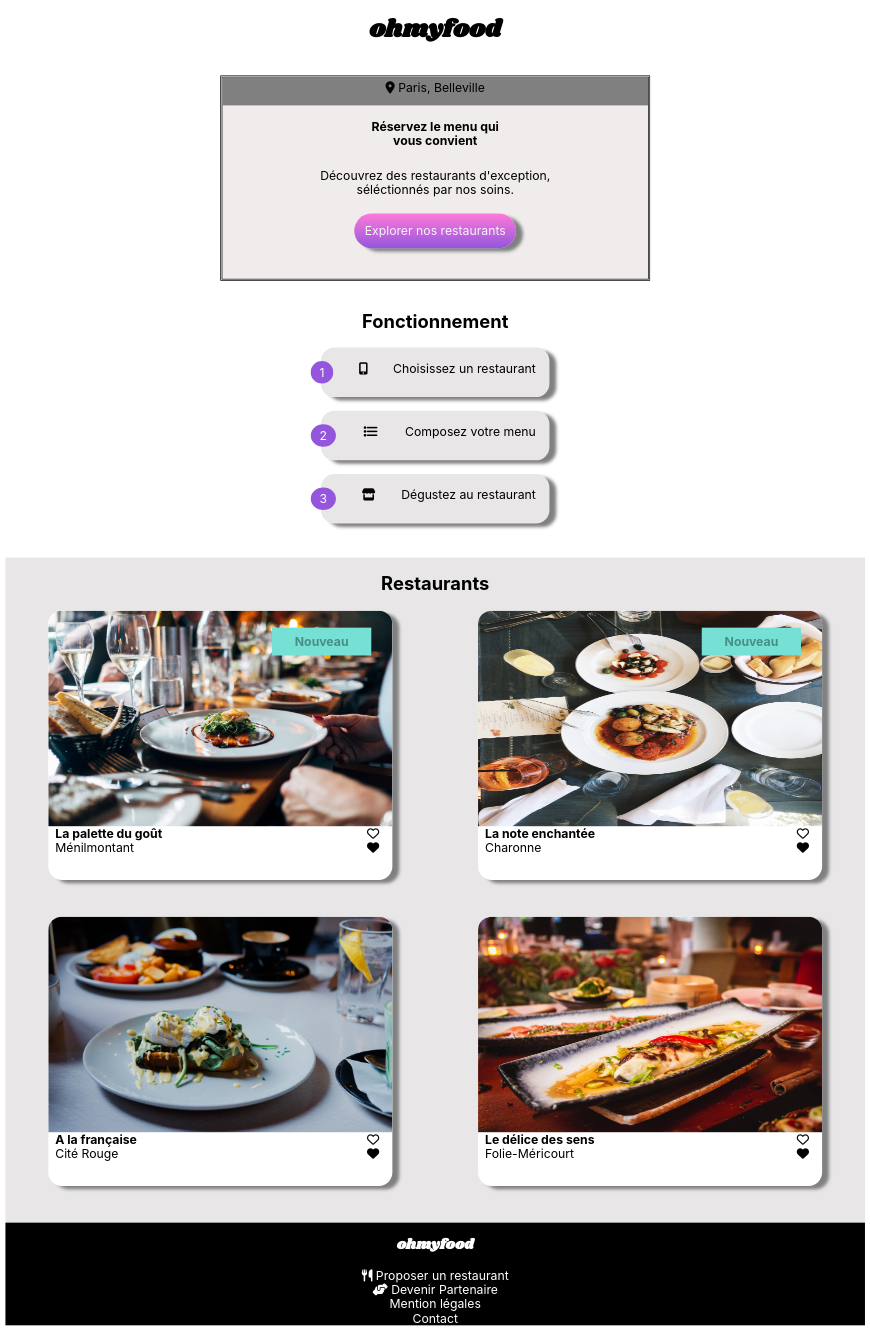
Repository: yacinebouk/ohmyfood
Page: index.html
An editor plug-in stored every save of this project. The page is shown before and after the next save, followed by the edit.
The browser window is 1280 px wide. The pictures show the whole page, at 68% of full size.
Some web libraries are served in a nearby version. The style sheet was rebuilt from its Sass, Less or Tailwind sources for each picture, by a compiler version that may differ from the author's.

Above is the page before, as saved 2022-07-07 14:52:11.

### index.html
<!DOCTYPE html>
<html lang="fr">

<head>
    <script src="https://kit.fontawesome.com/225bbe1e2d.js" crossorigin="anonymous"></script>
    <meta charset="utf-8" />
    <title>ohmyfood</title>
    <link rel="stylesheet" href="css/styles.css" />
    <meta name="viewport" content="width=device-width, initial-scale=1">

</head>

<body>
    <div class="hide">
        <div class="loader"></div>
    </div>
    <main>
        <header>
            <h1 class="Tittle">ohmyfood</h1>
            <div class="search">
                <div class="town"> <span><i class="fa-solid fa-location-dot"></i></span> Paris, Belleville</div>
                <div class="reservation"> <b> Réservez le menu qui <br> vous convient</b> </div>
                <div class="discover">Découvrez des restaurants d'exception, <br> séléctionnés par nos soins.</div>
                <div class="explore">
                    <span class="explore-text">Explorer nos restaurants</span>
                </div>
            </div>
        </header>
        <section class="section-working">
            <div class="working">
                <h2>Fonctionnement</h2>
                <div class="choose">
                    <div class="number">1</div>
                    <div class="logo-work"> <i class="fa-solid fa-mobile-screen-button"></i></div>
                    <div class="text-work"> Choisissez un restaurant</div>
                </div>
                <div class="compose">
                    <div class="number">2</div>
                    <div class="logo-work"><i class="fa-solid fa-ellipsis-vertical"><i class="fa-solid fa-bars"></i></i>
                    </div>
                    <div class="text-work"> Composez votre menu</div>
                </div>
                <div class="taste">
                    <div class="number">3</div>
                    <div class="logo-work"><i class="fa-solid fa-store"></i>
                    </div>
                    <div class="text-work"> Dégustez au restaurant</div>
                </div>
            </div>
        </section>
        <section class="section-restaurant">
            <div class="restaurant">
                <h2>Restaurants</h2>
                <div class="block-restaurant">
                    <div class="border-restaurant">
                        <div class="block-picture">
                            <div class="new"><b>Nouveau</b></div>
                            <div class="picture-restaurant"> <img src="./images/restaurants/jay-wennington-N_Y88TWmGwA-unsplash.jpg" style="height:100%;width: 100%" alt="Ohmyfood"></div>
                        </div>
                        <div class="block-text">
                            <div class="text">
                                <a href="./palette.html">
                                    <div class="title-restaurant"><b> La palette du goût</b>
                                    </div>
                                    <div class="place-restaurant"> Ménilmontant</div>
                                </a>
                            </div>
                            <div class="heart">
                                <span class="heart-regular"><i class="fa-regular fa-heart"></i></span>
                                <span class="heart solid"><i class="fa-solid fa-heart"></i></span>
                            </div>
                        </div>
                    </div>
                    <div class="border-restaurant">
                        <div class="block-picture">
                            <div class="new"><b>Nouveau</b></div>
                            <div class="picture-restaurant"> <img src="./images/restaurants/stil-u2Lp8tXIcjw-unsplash.jpg" style="height:100%;width: 100%" alt="Ohmyfood"></div>
                        </div>
                        <div class="block-text">
                            <div class="text">
                                <a href="./noteenchanté.html">
                                    <div class="title-restaurant"><b> La note enchantée</b>
                                    </div>
                                    <div class="place-restaurant"> Charonne</div>
                                </a>
                            </div>
                            <div class="heart">
                                <span class="heart-regular"><i class="fa-regular fa-heart"></i></span>
                                <span class="herat solid"><i class="fa-solid fa-heart"></i></span>
                            </div>
                        </div>
                    </div>
                    <div class="border-restaurant">
                        <div class="block-picture">
                            <div class="picture-restaurant"> <img src="./images/restaurants/toa-heftiba-DQKerTsQwi0-unsplash.jpg" style="height:100%;width: 100%" alt="Ohmyfood"></div>
                        </div>
                        <div class="block-text">
                            <div class="text">
                                <a href="./francaise.html">
                                    <div class="title-restaurant"><b>A la française</b>
                                    </div>
                                    <div class="place-restaurant"> Cité Rouge</div>
                                </a>
                            </div>
                            <div class="heart">
                                <span class="heart-regular"><i class="fa-regular fa-heart"></i></span>
                                <span class="herat solid"><i class="fa-solid fa-heart"></i></span>
                            </div>
                        </div>
                    </div>
                    <div class="border-restaurant">
                        <div class="block-picture">
                            <div class="picture-restaurant"> <img src="./images/restaurants/louis-hansel-shotsoflouis-qNBGVyOCY8Q-unsplash.jpg" style="height:100%;width: 100%" alt="Ohmyfood"></div>
                        </div>
                        <div class="block-text">
                            <div class="text">
                                <a href="./ledélice.html">
                                    <div class="title-restaurant"><b>Le délice des sens</b></div>
                                    <div class="place-restaurant">Folie-Méricourt</div>
                                </a>
                            </div>
                            <div class="heart">
                                <span class="heart-regular"><i class="fa-regular fa-heart"></i></span>
                                <span class="herat solid"><i class="fa-solid fa-heart"></i></span>
                            </div>
                        </div>
                    </div>
                </div>
            </div>
        </section>
        <footer>
            <div class="frame-end">
                <h3 class="little-tittle">ohmyfood </h3>
                <div class="end">
                    <div class="propose"> <i class="fa-solid fa-utensils"></i> Proposer un restaurant</div>
                    <div class="partner"> <i class="fa-solid fa-handshake-angle"></i> Devenir Partenaire</div>
                    <div class="mention">Mention légales</div>
                    <div class="contact">
                        <a href="mailto:yacineboukhari@hotmail.com">Contact</a></div>
                </div>
            </div>
        </footer>
    </main>
</body>

### style/styles.scss
            main {
                font-size: 18px;
                font-family: -apple-system, BlinkMacSystemFont, 'Segoe UI', Roboto, Oxygen, Ubuntu, Cantarell, 'Open Sans', 'Helvetica Neue', sans-serif;
            }

            @font-face {
                font-family: 'Shrikhand';
                src: url('../language/Shrikhand-Regular.otf');
            }

            h1 {
                font-family: 'Shrikhand';
            }

            h3 {
                font-family: 'Shrikhand';
            }

            h2 {
                text-align: center;
            }

            header {
                text-align: center;
            }

            @mixin shadow {
                box-shadow: grey 10px 5px 5px;
            }

            @mixin block {
                display: flex;
                flex-direction: row;
                justify-content: space-between;
                padding-bottom: 40px;
                @include shadow;
                background-color: rgb(232, 230, 230);
                border-radius: 20px 20px;
                padding: 20px 20px 20px 0px;
                width: 25%;
                margin: auto;
            }

            .logo-img {
                padding-bottom: 20px;
            }

            .search {
                border: double;
                margin-left: 25%;
                margin-right: 25%;
                background-color: rgb(240, 236, 236);
                padding-bottom: 20px;
            }

            .town {
                padding-bottom: 15px;
                border-bottom: lightgray 2px;
                padding-top: 5px;
                background-color: grey;
            }

            .reservation {
                padding-top: 20px;
                padding-bottom: 30px
            }

            .discover {
                padding-bottom: 40px;
            }

            .explore {
                padding-bottom: 40px;
            }

            .explore span {
                @include shadow;
                background: linear-gradient(#FF79DA, #9356DC);
                border-radius: 50px 50px;
                padding: 15px;
                color: #f6f6f6;
            }

            .working {
                padding-top: 20px;
                display: flex;
                justify-content: center;
                flex-direction: column;
            }

            .number {
                border: #9356DC solid;
                border-radius: 50%;
                background-color: #9356DC;
                padding: 3px 10px 3px 10px;
                color: white;
                margin-left: -15px;
            }

            .choose {
                @include block;
                margin-bottom: 20px;
                &:hover {
                    .logo-work {
                        color: #9356DC;
                    }
                    background-color: #d8cee4;
                }
            }

            .compose {
                @include block;
                margin-bottom: 20px;
                &:hover {
                    .logo-work {
                        color: #9356DC;
                    }
                    background-color: #d8cee4;
                }
            }

            .taste {
                @include block;
                margin-bottom: 50px;
                &:hover {
                    .logo-work {
                        color: #9356DC;
                    }
                    background-color: #d8cee4;
                }
            }

            .section-restaurant {
                display: flex;
                flex-direction: column;
                background-color: rgb(232, 230, 230);
            }

            h1 {
                text-align: center;
                padding-bottom: 20px;
            }

            .block-restaurant {
                display: flex;
                flex-wrap: wrap;
                height: 900px;
                width: 100%;
                justify-content: space-around;
            }

            .border-restaurant {
                width: 40%;
                height: 44%;
                overflow: hidden;
                @include shadow;
                background-color: white;
                border-radius: 20px 20px;
            }

            .picture-restaurant {
                height: 80%;
            }

            .text {
                padding-left: 10px;
                display: flex;
                flex-direction: column;
                width: 100%;
            }

            .text a {
                text-decoration: none black;
                color: black;
            }

            .block-text {
                display: flex;
                place-items: flex-end;
                justify-content: space-between;
            }

            heart {
                cursor: pointer;
                position: absolute;
            }

            .heart-regular {
                z-index: 1;
                position: relative;
            }

            .heart-solid {
                visibility: hidden;
                z-index: 1;
                position: relative;
                font-weight: 900;
                background-image: linear-gradient(#9356DC, #FF79DA);
                -webkit-text-fill-color: transparent;
            }

            @keyframes colorin {
                0% {
                    opacity: 0;
                }
                100% {
                    opacity: 1;
                }
            }

            @keyframes colorout {
                0% {
                    opacity: 1;
                }
                100% {
                    opacity: 0;
                }
            }

            @keyframes fadeIn {
                0% {
                    visibility: visible;
                    opacity: 1;
                }
                100% {
                    visibility: hidden;
                    opacity: 0;
                }
            }

            .loader {
                border: 10px solid #f3f3f3;
                border-top: 10px solid red;
                border-bottom: 10px solid blue;
                border-radius: 50%;
                width: 100px;
                height: 100px;
                margin: auto;
                position: absolute;
                top: 0;
                left: 0;
                right: 0;
                bottom: 0;
                -webkit-animation: spin 1.5s linear infinite;
                -o-animation: spin 1.5s linear infinite;
                animation: spin 1.5s linear infinite;
            }

            .hide {
                animation: 2s fadeIn;
                animation-fill-mode: forwards;
            }

            main {
                animation: 2s fadeOut;
            }

            @keyframes fadeOut {
                0% {
                    visibility: hidden;
                    opacity: 0;
                }
                100% {
                    visibility: visible;
                    opacity: 1;
                }
            }

            @keyframes fadeIn {
                0% {
                    visibility: visible;
                    opacity: 1;
                }
                100% {
                    visibility: hidden;
                    opacity: 0;
                }
            }

            @keyframes spin {
                0% {
                    transform: rotate(0deg);
                }
                100% {
                    transform: rotate(360deg);
                }
            }

            .frame-end {
                text-align: center;
                background-color: black;
                color: white;
                display: flex;
                flex-direction: column;
            }

            .little-picture {
                height: 20px;
            }

            .contact a {
                text-decoration: none white;
                color: white;
            }

            .block-picture {
                position: relative;
                height: 80%;
            }

            .picture-restaurant {
                height: 100%;
            }

            .new {
                color: rgb(69, 143, 134);
                background-color: rgb(119, 224, 212);
                width: 25%;
                position: absolute;
                text-align: center;
                margin-left: 65%;
                margin-top: 5%;
                padding: 10px;
            }

            @media screen and (min-width: 320px) and (max-width: 768px) {
                main {
                    font-size: 20px;
                }
                body {
                    margin: 0;
                    width: 100%;
                }
                header {
                    width: 100%;
                }
                .logo-img {
                    padding-bottom: 10px;
                }
                .search {
                    border: none;
                    margin: 0;
                    width: 100%;
                }
                .town {
                    padding-top: 5px;
                    background-color: rgb(216, 214, 214);
                    border-bottom: none;
                    border-top: solid 2px grey;
                }
                .reservation {
                    font-size: 24px;
                    padding-bottom: 20px;
                }
                h1 {
                    text-align: center;
                }
                h2 {
                    text-align: initial;
                }
                h3 {
                    margin-left: 20px;
                }
                .working {
                    margin-left: 20px;
                }
                .choose {
                    margin-left: 0;
                    width: 90%;
                }
                .compose {
                    margin-left: 0;
                    width: 90%;
                }
                .taste {
                    margin-left: 0;
                    width: 90%;
                }
                .restaurant {
                    margin-left: 20px;
                }
                .block-restaurant {
                    height: auto;
                    justify-content: unset;
                }
                .border-restaurant {
                    width: 95%;
                    height: 40%;
                    margin-bottom: 20px;
                }
                .picture-restaurant {
                    height: 200px;
                    width: 100%;
                }
                .block-text {
                    padding: 10px;
                }
                .frame-end {
                    text-align: initial;
                }
                .end {
                    display: flex;
                    justify-content: space-around;
                    flex-direction: column;
                    margin-left: 20px;
                }
                .contact {
                    padding-bottom: 20px;
                }
            }

            @media screen and (min-width: 769px) and (max-width: 991px) {
                .choose {
                    width: 32%;
                    margin-left: 34%;
                }
                .compose {
                    width: 32%;
                    margin-left: 34%;
                }
                .taste {
                    width: 32%;
                    margin-left: 34%;
                }
            }

After the next save:
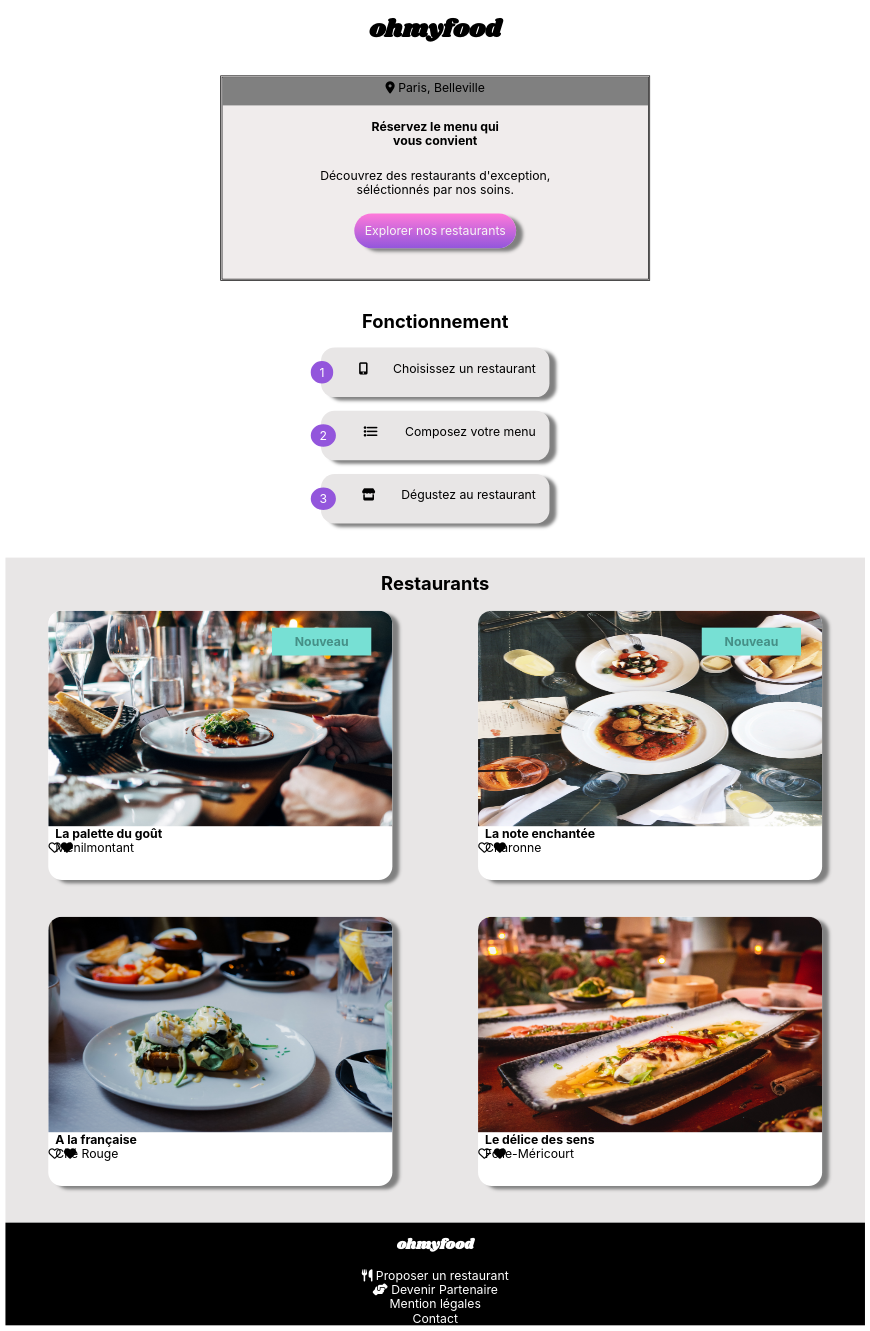
Saved 44 s later.
--- a/style/styles.scss
+++ b/style/styles.scss
@@ -180,7 +180,7 @@
                 justify-content: space-between;
             }
 
-            heart {
+            .heart {
                 cursor: pointer;
                 position: absolute;
             }

After the save that followed:
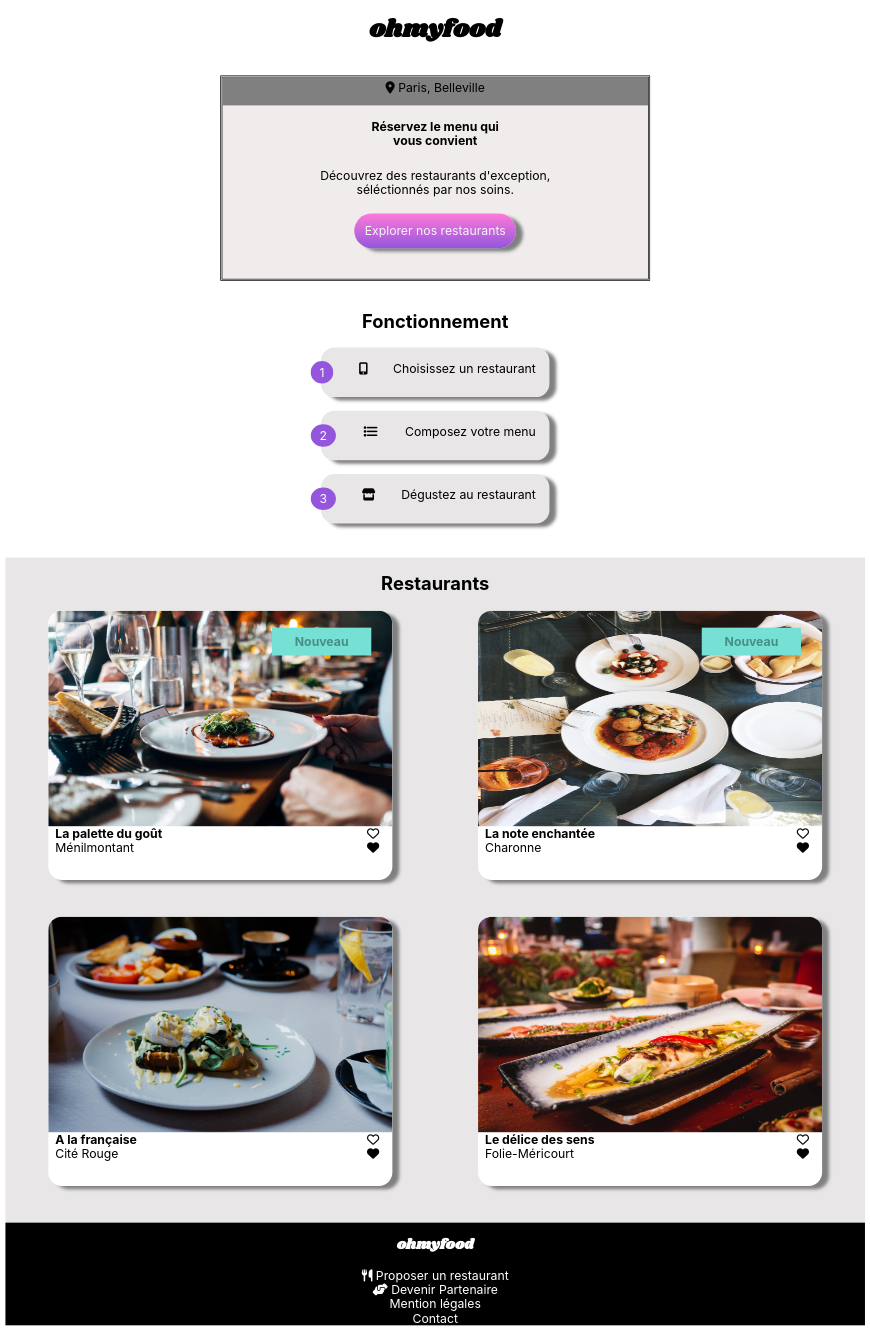
Saved 29 s later.
--- a/style/styles.scss
+++ b/style/styles.scss
@@ -182,7 +182,7 @@
 
             .heart {
                 cursor: pointer;
-                position: absolute;
+                position: relative;
             }
 
             .heart-regular {
